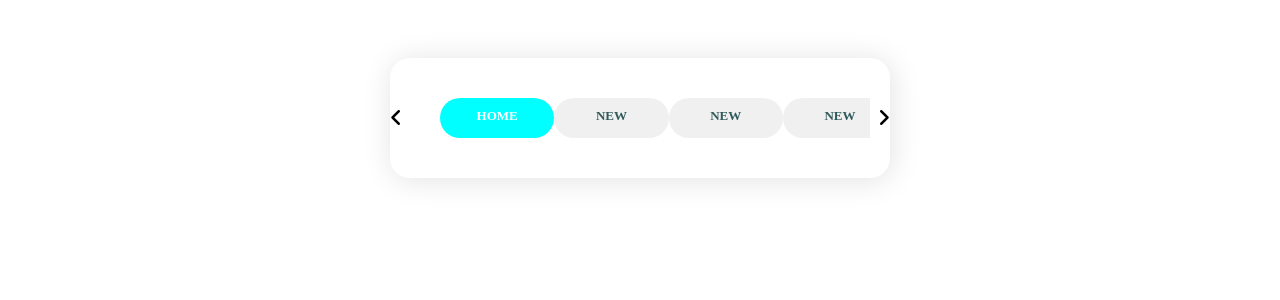
Repository: KHANHD192/JS_evondev
Page: eondev/tab_scroll/index.html
An editor plug-in stored every save of this project. The page is shown before and after the next save, followed by the edit.
The browser window is 1280 px wide. The pictures show the whole page.

Above is the page before, as saved 2023-05-30 21:27:49.

### eondev/tab_scroll/index.html
<!DOCTYPE html>
<html lang="en">
<head>
    <meta charset="UTF-8">
    <meta http-equiv="X-UA-Compatible" content="IE=edge">
    <meta name="viewport" content="width=device-width, initial-scale=1.0">
    <title>tab</title>
    <link rel="stylesheet" href="https://cdnjs.cloudflare.com/ajax/libs/font-awesome/6.4.0/css/all.min.css" integrity="sha512-iecdLmaskl7CVkqkXNQ/ZH/XLlvWZOJyj7Yy7tcenmpD1ypASozpmT/E0iPtmFIB46ZmdtAc9eNBvH0H/ZpiBw==" crossorigin="anonymous" referrerpolicy="no-referrer" />
    <style>

       html{
        box-sizing: border-box;
        font-size: 62.5%;
       }
       .tab_content {
         display: none;
       }
       .tab-item.active{
        background-color: aqua;
        color: white;

       }
       .tab-item{
        background-color: rgba(192, 192, 192, 0.24);
        color:rgb(49, 90, 90);
       }
       body{
        display: flex;
        justify-content: center;
        align-items: center;

       }
       .tab_container{
        margin-top:5rem;
        width: 50rem;
        height: 12rem;
        box-shadow: 2px 2px 3rem rgba(0, 0, 0, 0.116);
        /* border: 1px solid slategray; */
        position: relative;
        border-radius: 2rem;
        display: flex;
        justify-content: center;
        align-items:center;
       }
       .tab_list{
        width: 80%;
        margin-top: 2rem;
        overflow: auto;
        overflow: -moz-scrollbars-none;
        overflow: hidden;
      -ms-overflow-style: none;
       margin :auto;
       padding: 3rem;
       }
       .list_content{
        display: flex;
        width: 200%;
        white-space: nowrap;

       }
       .tab_list::-webkit-scrollbar {
         display: none;
}
 .fa-solid{
  font-size: 2rem;
 }
       .tab-item{
        user-select: none;
        width: 12rem;
        height: 3rem;
        border-radius: 999px;
        cursor: pointer;
        text-align: center;
        font-weight: bold;
        font-size: 1.3rem;
        padding-top: 1rem;
       }
       .tab_wrap{
        margin-top: 3rem;
         text-align: center;
       }
       .tab_content.active{
            display: block;
       }
    </style>
</head>
<body>
    <div class="tab_container">
      <i class="fa-solid fa-angle-left"></i>
        <div class="tab_list">
           <div class="list_content">
            <div class="tab-item active">HOME</div>
            <div class="tab-item ">NEW</div>
            <div class="tab-item ">NEW</div>
            <div class="tab-item ">NEW</div>
            <div class="tab-item ">ABOUT US</div>
            <div class="tab-item ">ABOUT US</div>
            <div class="tab-item ">ABOUT US</div>
           </div>
          </div>
          <i class="fa-solid fa-angle-right"></i>

    </div>
    <script src="./app.js"></script>
</body>
</html>

### eondev/tab_scroll/app.js
function click_sildeTab(){
   let button = document.querySelectorAll('.tab-item');
   let tab_list = document.querySelector('.tab_list');
   console.log(button);
   let ders = document.querySelectorAll('.tab_content');
   for(let i = 0 ; i < button.length ; i++){
      button[i].onclick = function(){
         // xử dụng kĩ thuật là css cứng cho 1 item đã active rồi khi click vào button khác thì chỉ việc xóa class active đó rồi gán vô class khác !

         let buttonCurrent = document.querySelector('.tab-item.active');
         buttonCurrent.classList.remove('active');
         button[i].classList.add('active');
             // bên trái so với parent chứa nó !
         let position = button[i].offsetLeft;
         console.log(position);
         tab_list.scroll(position/2,0);
         }
   }

}
click_sildeTab();

After the next save:
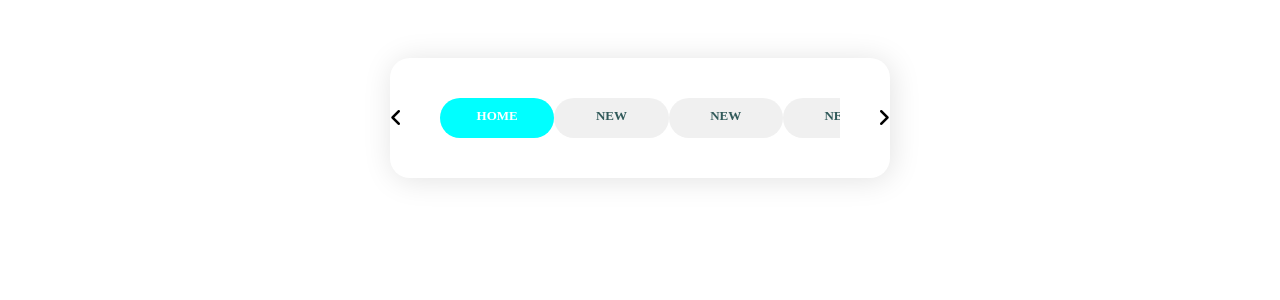
Saved 5 s later.
--- a/eondev/tab_scroll/index.html
+++ b/eondev/tab_scroll/index.html
@@ -50,7 +50,7 @@
         overflow: hidden;
       -ms-overflow-style: none;
        margin :auto;
-       padding: 3rem;
+
        }
        .list_content{
         display: flex;
